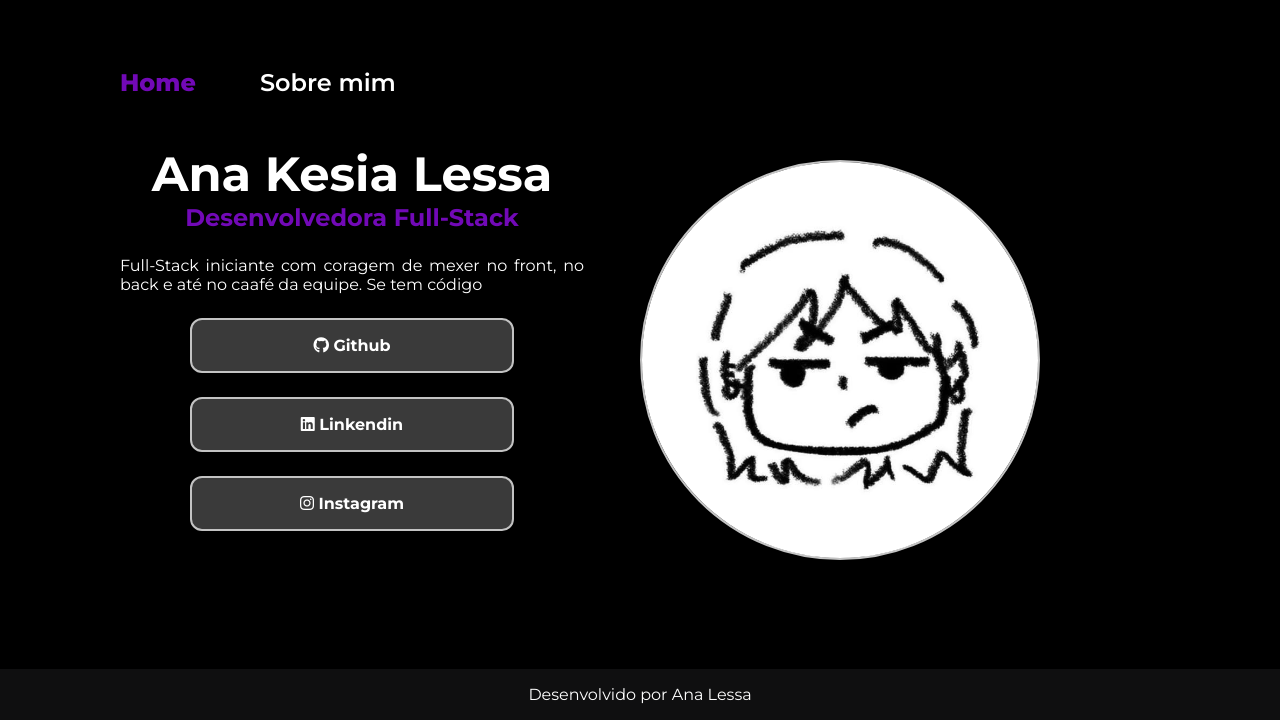
Repository: analessp/portfolio-developer
Page: index.html
These files come from the project's save history. The page is drawn as it stood at one moment and after a run of saves; the edit follows.
The browser window is 1280 px wide. The pictures show the whole page.

Above is the page before, as saved 2025-04-25 09:32:45.

### index.html
<!DOCTYPE html>
<html lang="pt-BR">
<head>
    <meta charset="UTF-8">
    <meta name="viewport" content="width=device-width, initial-scale=1.0">
    <title>Portfólio de Ana Lessa</title>
    <link rel="stylesheet" href="https://cdnjs.cloudflare.com/ajax/libs/font-awesome/6.5.0/css/all.min.css" />
</head>
<body>
    <!DOCTYPE html>
    <html lang="pt-BR">
    <head>
        <meta charset="UTF-8">
        <meta name="viewport" content="width=device-width, initial-scale=1.0">
        <title>Sobre mim</title>
        <link rel="stylesheet" href="/style/style.css">
    </head>
    <body>
    <header>
        <nav>
            <uL class="navbar-list">
                <li>
                    <a href="/index.html" class="page active">Home</a>
                </li>
                <li>
                    <a href="/about-me.html" class="page">Sobre mim</a>
                </li>
            </uL>
        </nav>
    </header>
    <main>
        <div class="introduce">
            <span class="title">
            <h1>Ana Kesia Lessa</h1>
            <h2>Desenvolvedora Full-Stack</h2>
        </span>
            <p>Full-Stack iniciante com coragem de mexer no front, no back e até no caafé da equipe. Se tem código</p>
        <ul class="social-links">
            <li>
                <a *href*="https://github.com/analessp">
                    <i class="fa-brands fa-github"></i>
                    Github</a>
            </li>
            <li>
                <a *href*="https://www.linkedin.com/in/ana-lessa-2a312a253/">
                    <i class="fa-brands fa-linkedin"></i>
                    Linkendin</a>
                </li>
            <li>
                <a *href*="https://www.instagram.com/analessp/">
                    <i class="fa-brands fa-instagram"></i>
                Instagram</a>
            </li>
            </ul>
        </div>
        <img src="/assets/avatar.jfif" alt="Avatar de Ana Lessa" class="logo">
        </main>
    <footer>Desenvolvido por Ana Lessa</footer>
</body>
</html>
</body>
</html>

### style/style.css
@import url('https://fonts.googleapis.com/css2?family=Montserrat:ital,wght@0,100..900;1,100..900&display=swap');
@import url(/style/about-me.css);

* {
    margin: 0;
    padding: 0;
    box-sizing: border-box;
    font-family: "Montserrat", sans-serif;
}

html, body {
    height: 100%;
    margin: 0;
}

body {
    height: 100vh;
    width: 100%;
    background-color: black;
    color: white;
    display: flex;
    flex-direction: column;
    justify-content: space-between;
}

.navbar-list {
    padding-left: 120px;
    padding-top: 68px;
    display: flex;
    gap: 4rem;
    list-style-type: none;
    color: #7209b7;
    font-weight: 700;
    font-size: 1.5rem;
    margin-bottom: 3rem;
}

.page {
    text-decoration: none;
    color: white;
    font-weight: 600;
}

.active {
    font-weight: 800;
    color: #7209b7;
}

main {
    padding-left: 120px;
    display: flex;
    gap: 10rem;
    align-items: center;
}

.introduce {
    display: flex;
    flex-direction: column;
    gap: 1.5rem;
    width: 40%;
}

.introduce p {
    text-align: justify;
}

.title {
    text-align: center;
}

.title h1 {
    font-size: 3rem;
}

.title h2 {
    font-size: 1.5rem;
    color: #7209b7;
}

.social-links {
    list-style-type: none;
    display: flex;
    flex-direction: column;
    gap: 1.5rem;
    align-items: center;
}

.social-links li {
    border: 2px solid #c3c3c3;
    background-color: rgba(128, 128, 128, 0.454);
    padding: 1rem 0 1rem 0;
    width: 70%;
    text-align: center;
    border-radius: 12px;

&:hover {
    border: 2px solid rgba(97, 97, 97, 0.454);
    background-color: #7209b7;
    transition-duration: 400ms;
    transform: scale(1.1);
  }
}

.social-links a {
    text-decoration: none;
    color: white;
    font-weight: bold;
}

.logo {
    width: 25rem;
    border-radius: 50%;
    border: 2px solid #c3c3c3;
    height: fit-content;
    position: fixed;
    right: 15rem;
    top: 10rem;
}

footer {
    margin-top: auto;
    padding: 1rem 0 1rem 0;
    background-color: rgb(15, 15, 16);
    display: flex;
    flex-direction: column;
    align-items: center;
    gap: 1rem;
    flex-shrink: 0;
}

footer ul {
    display: flex;
    gap: 2rem;
    list-style: none;
    margin-bottom: 1rem;
}

footer a {
    text-decoration: none;
    color: white;
    font-weight: 600;
}

@media only screen and (max-width: 768px) {

    body {
        justify-content: center;
    }

    .navbar-list {
        justify-content: center;
        padding-left: 0;
        padding-top: 40px;
        margin-bottom: 0;
    }

    main {
        height: 100vh;
        margin-top: 0;
        flex-direction: column-reverse;
        padding-left: 0;
        gap: 1rem;
    }

    .introduce {
        justify-content: flex-end;
        width: 80%;
        margin-bottom: 8rem;
    }

    .logo {
        top: 6.5rem;
        width: 18rem;
    }

}

@media only screen and (max-width: 426px) {
    .logo {
        right: 16%;
    }

    .introduce {
        margin-bottom: 3rem;
    }

    .title h1 {
        font-size: 2.5rem;
        margin-bottom: 0.5rem;
    }
}

### style/about-me.css
.about-me {
    background-color: rgba(255, 255, 255, 0.1);
    display: flex;
    flex-direction: column;
    gap: 1.5rem;
    width: 40%;
    text-align: justify;
    padding: 1rem 1.4rem;
    border: 2px solid #7209b7;
}

.about-me h1 {
    font-size: 3rem;
}

.about-me p {
    font-weight: 300;
}

@media only screen and (max-width: 768px) {
    .about-me {
        width: 70%;
        height: 400px;
        overflow: auto;
        margin-bottom: 8rem;
    }

    .about-me h1 {
        text-align: center;
    }

    .about-me p {
        font-size: 1.2rem;
    }

}

@media only screen and (max-width: 426px) {
    .about-me h1 {
        font-size: 2.5rem;
    }
}

After the next 3 saves:
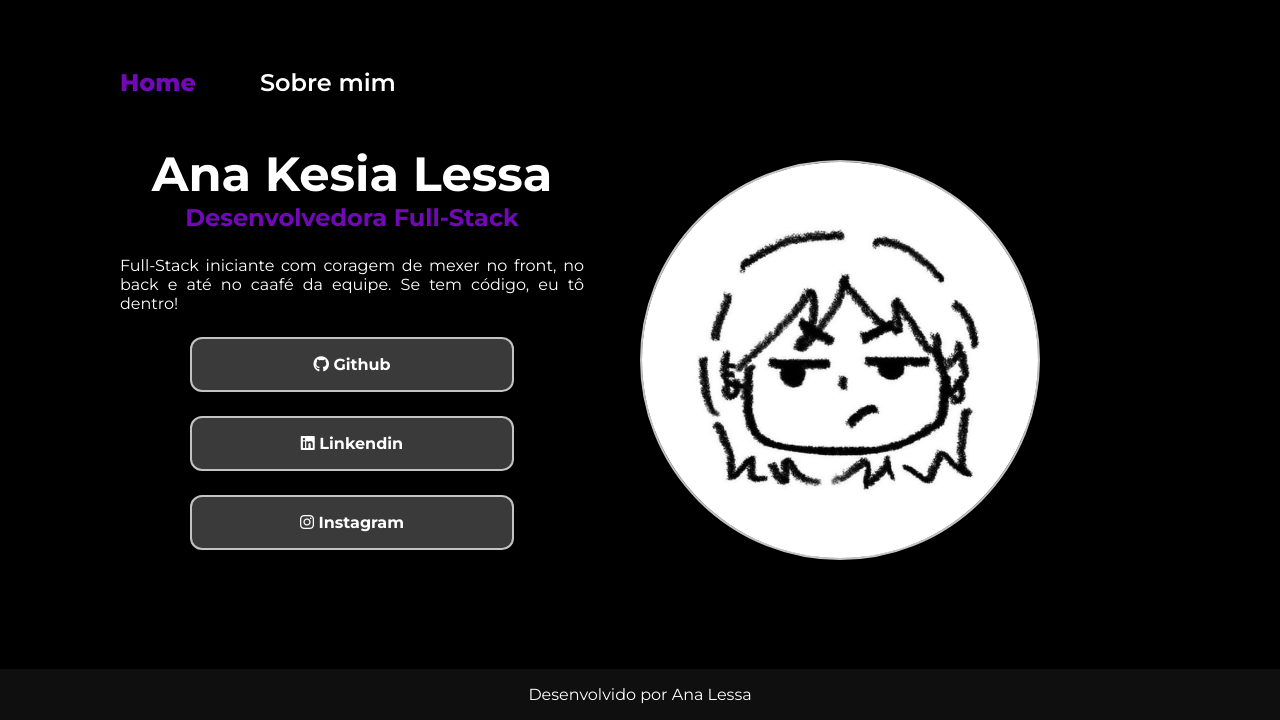
The 3 saves are shown as one change because they came seconds apart.
The last was saved 10 s later.
--- a/index.html
+++ b/index.html
@@ -34,7 +34,7 @@
             <h1>Ana Kesia Lessa</h1>
             <h2>Desenvolvedora Full-Stack</h2>
         </span>
-            <p>Full-Stack iniciante com coragem de mexer no front, no back e até no caafé da equipe. Se tem código</p>
+            <p>Full-Stack iniciante com coragem de mexer no front, no back e até no caafé da equipe. Se tem código, eu tô dentro!</p>
         <ul class="social-links">
             <li>
                 <a *href*="https://github.com/analessp">
